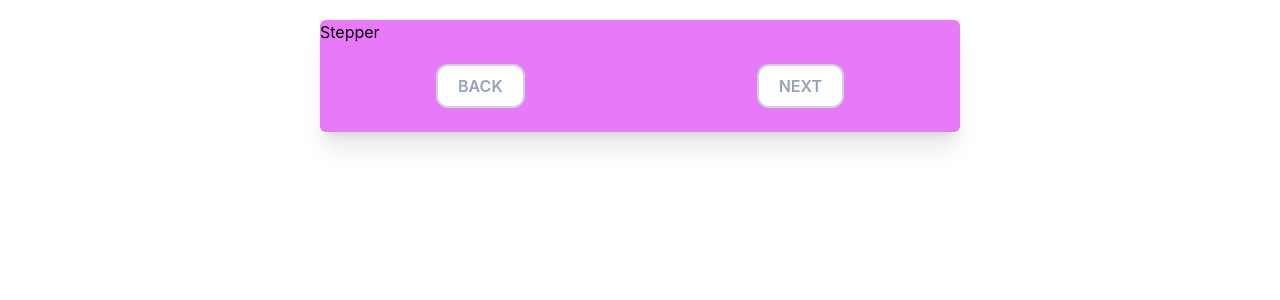
Repository: OmniaRafat232111121/reactstepper
Page: /
An editor plug-in stored every save of this project. The page is shown before and after a run of saves, followed by the edit.
The browser window is 1280 px wide. The pictures show the whole page.
The project was rebuilt for these pictures with package versions that can differ from the ones it lists, and the page was loaded fresh each time. Also part of the build but not shown: src/App.css.

Above is the page before, as saved 2023-02-21 23:26:06.

### src/App.js

import './App.css';
import Stepper from './Component/Stepper';
import StepperControl from './Component/StepperControl';
function App() {
  return (
    <div className="md:w-1/2 mx-auto  rounded-md shadow-xl bg-fuchsia-400 pb-2 mt-5">
     {/*stepper*/}
    <div className='container horizontal mt-5'>
    <Stepper/>
    </div>
     {/*StepperCOntrol*/}
     <StepperControl/>
    </div>
  );
}

export default App;

### src/Component/Stepper.js
import React from 'react'

const Stepper = () => {
  return (
    <div>
      <h1>Stepper</h1>
    </div>
  )
}

export default Stepper

### src/Component/StepperControl.js
import React from 'react'

const StepperControl = () => {
  return (
    <div className='container  flex justify-around mt-5 mb-4'>
       {/*back button*/}
       <button className='bg-white text-slate-400 font-semibold  uppercase px-5 py-2  rounded-xl
       cursor-pointer border-2 border-slate-300 hover:bg-slate-700 hover:text-white transition duration-200 ease-in-out'>
       Back
       </button>
        {/*next button*/}
        <button className='bg-white text-slate-400 font-semibold  uppercase px-5 py-2  rounded-xl
        cursor-pointer border-2 border-slate-300 hover:bg-slate-700 hover:text-white transition duration-200 ease-in-out'>
        Next
        </button>
    </div>
  )
}

export default StepperControl

Loaded but not shown: public/index.html (common file); src/index.js (common file); src/index.css (common file); tailwind.config.js (common file)

After the next 2 saves:
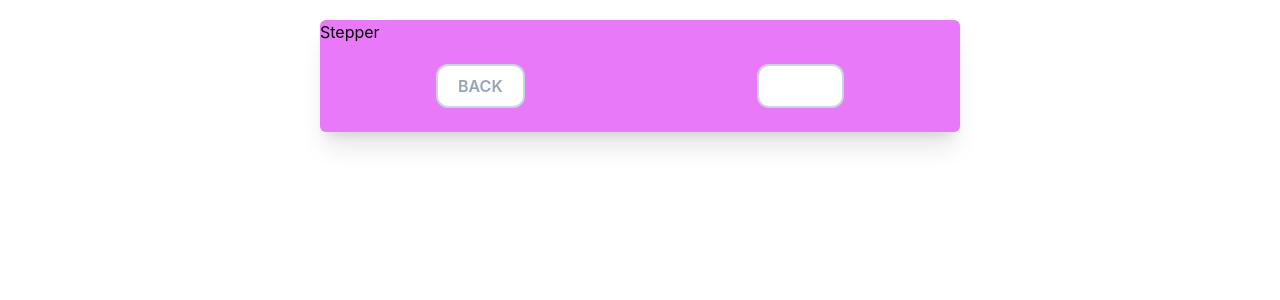
The 2 saves are shown as one change because they came seconds apart.
The last was saved 65 s later.
--- a/src/Component/StepperControl.js
+++ b/src/Component/StepperControl.js
@@ -9,7 +9,7 @@ const StepperControl = () => {
        Back
        </button>
         {/*next button*/}
-        <button className='bg-white text-slate-400 font-semibold  uppercase px-5 py-2  rounded-xl
+        <button className='bg-white text-white font-semibold  uppercase px-5 py-2  rounded-xl
         cursor-pointer border-2 border-slate-300 hover:bg-slate-700 hover:text-white transition duration-200 ease-in-out'>
         Next
         </button>
